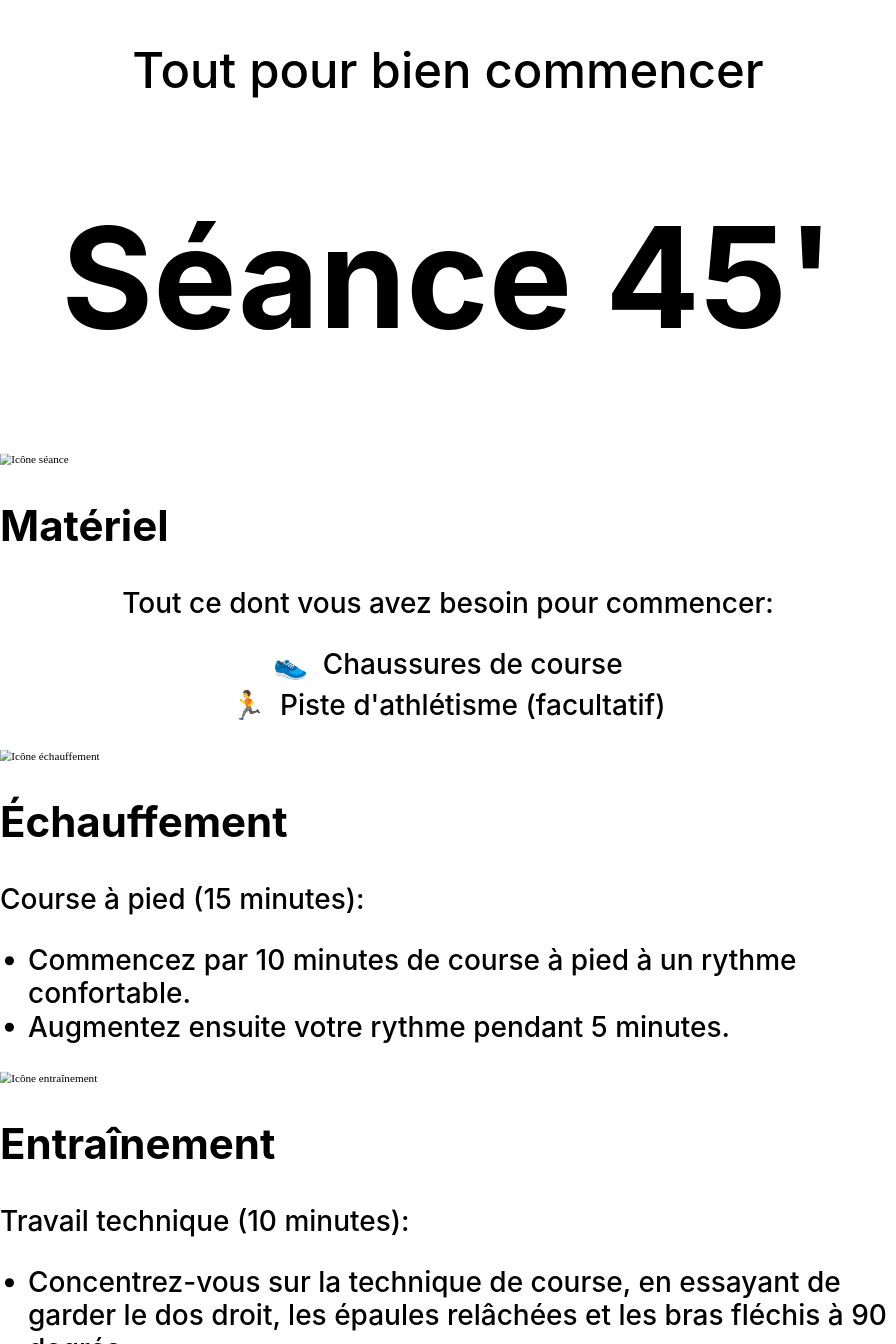
Repository: AdilGHAZAL/MosaiqueWebdoc
Page: /
These files come from the project's save history. The page is drawn as it stood at one moment and after the next save; the edit follows.
The browser window is 1280 px wide. The pictures show the part of the page from y = 0 to 1920 px (the page is 3104 px tall), at 70% of full size.
Some web fonts or font styles are not loaded; a fallback is used. The project was rebuilt for these pictures with package versions that can differ from the ones it lists, and the page was loaded fresh each time. Also part of the build but not shown: vite.config.js, src/App.css, src/components/Navbar.css, src/components/Navbar.jsx, src/components/Athletes.css, src/components/Athletes.jsx, src/components/Athletes2.jsx, src/components/Athletes3.jsx and 18 more.

Above is the page before, as saved 2024-05-02 17:27:29.

After the next save:
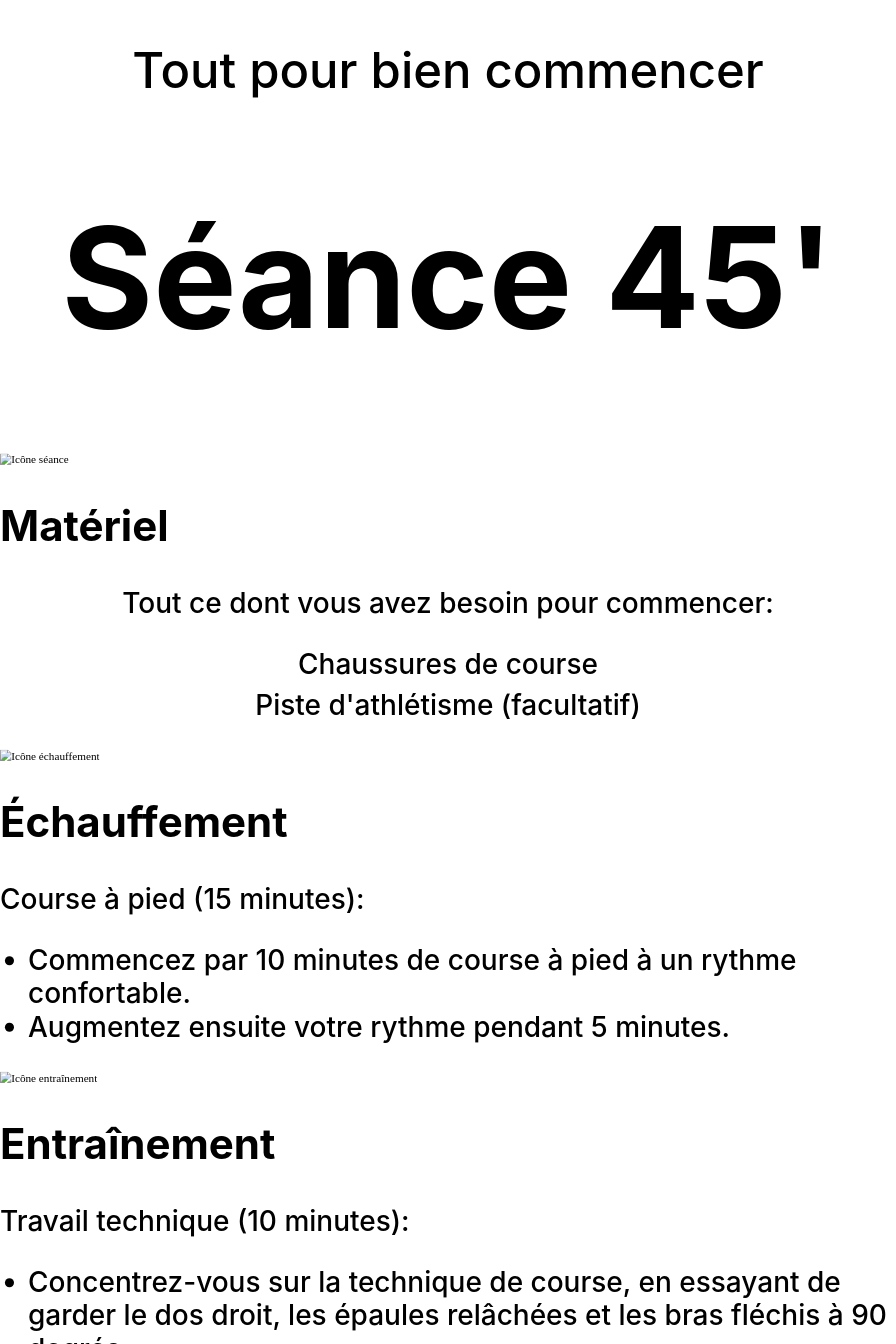
Saved 2 min 23 s later.
--- a/src/TrainingPage.jsx
+++ b/src/TrainingPage.jsx
@@ -14,8 +14,8 @@
         <h2>Matériel</h2>
         <p>Tout ce dont vous avez besoin pour commencer:</p>
         <ul>
-          <li><span className="icon">&#128095;</span> Chaussures de course</li>
-          <li><span className="icon">&#127939;</span> Piste d'athlétisme (facultatif)</li>
+          <li> Chaussures de course</li>
+          <li> Piste d'athlétisme (facultatif)</li>
         </ul>
       </div>
 
